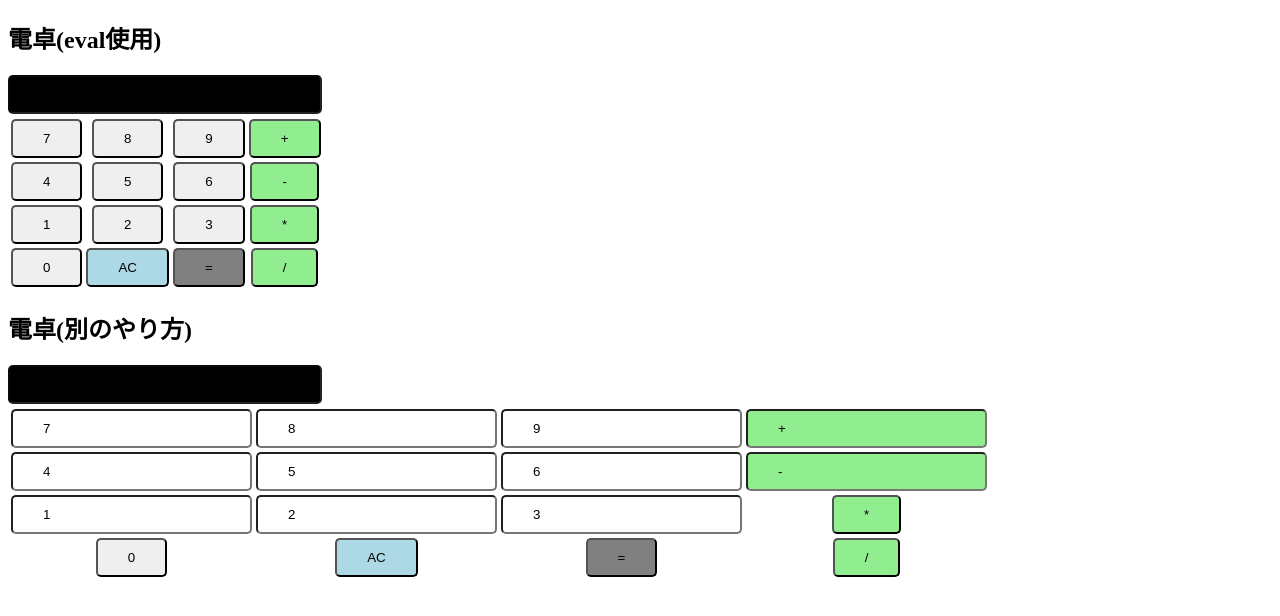
Repository: syokaturyou/potepan
Page: dentaku.html
The author's editor kept a record of every edit. The page is drawn from the files as they stood at one moment, then again after the next edit.
The browser window is 1280 px wide. The pictures show the whole page.

Above is the page before.

After the next edit:
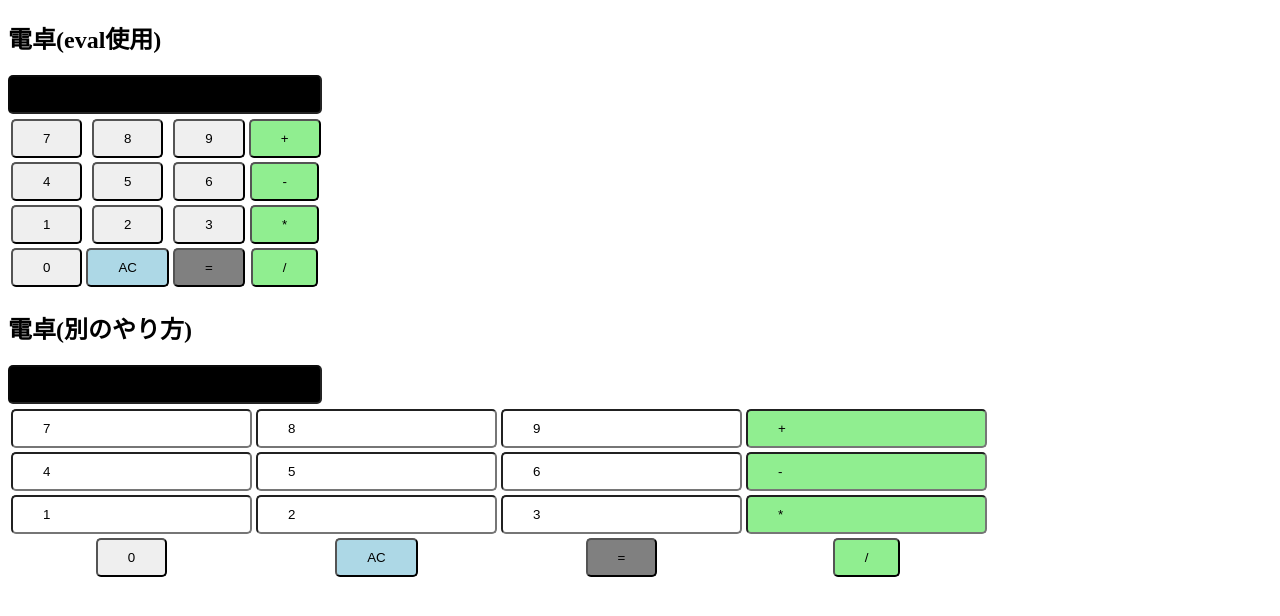
The edit:
--- a/dentaku.html
+++ b/dentaku.html
@@ -64,8 +64,8 @@
           <tr>
             <th><input type="text" value="1" onclick="get_calc(this)"></th>
             <th><input type="text" value="2" onclick="get_calc(this)"></th>
-            <th><input type=""text" value="3" onclick="get_calc(this)"></th>
-            <th><input type="button" class="operator" value="*" name="multi_btn" onclick="get_calc(this)"></th>
+            <th><input type="text" value="3" onclick="get_calc(this)"></th>
+            <th><input type="text" class="operator" value="*" name="multi_btn" onclick="get_calc(this)"></th>
           </tr>
           <tr>
             <th><input type="button" value="0" onclick="get_calc(this)"></th>
